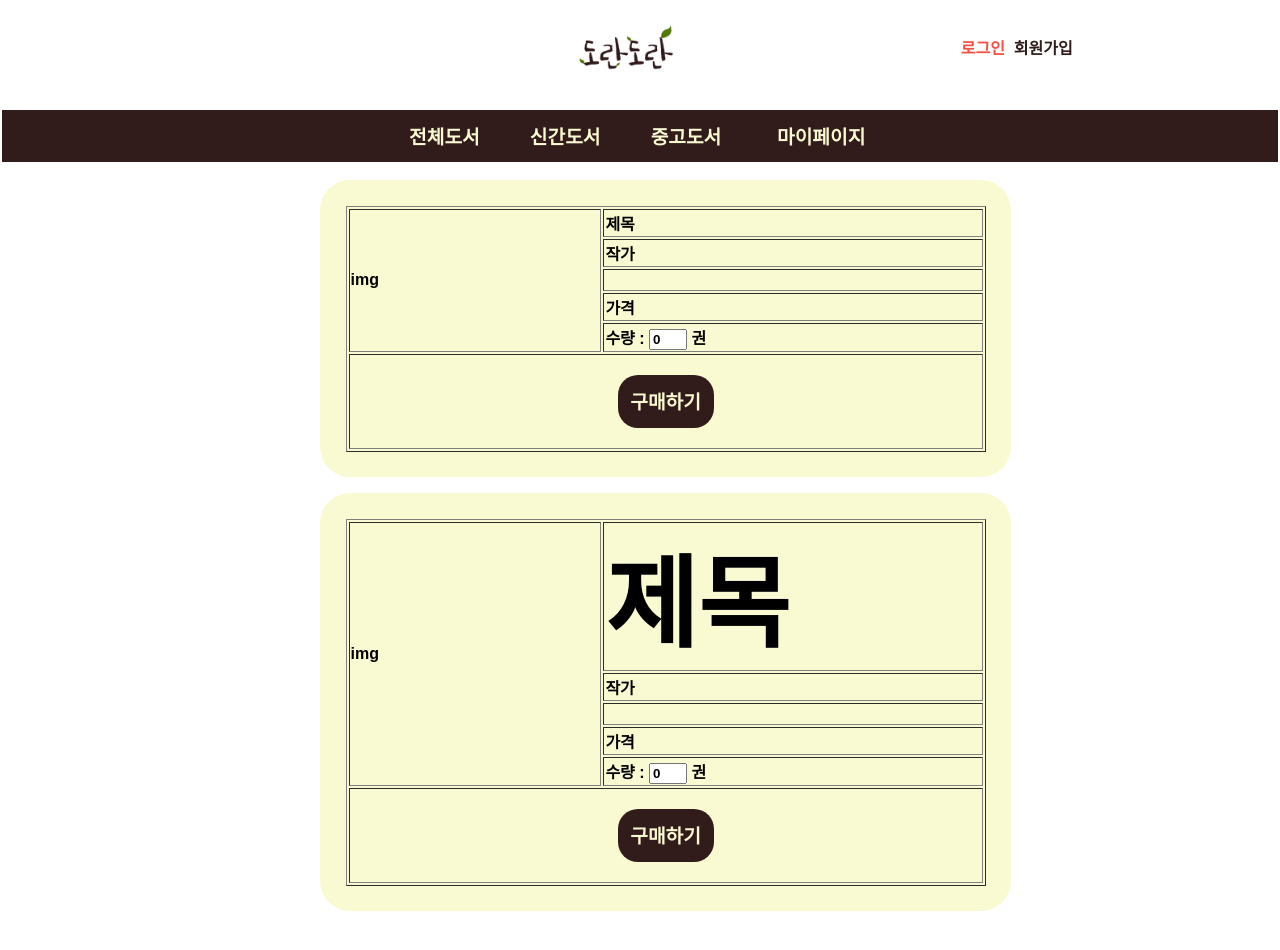
Repository: juhyun110701/DORANDORAN
Page: http://localhost/dorandoran/bookView.jsp
An editor plug-in stored every save of this project. The page is shown before and after a run of saves, followed by the edit.
The browser window is 1280 px wide. The pictures show the whole page.
Some web fonts or font styles are not loaded; a fallback is used. The page is served by Tomcat 9.

Above is the page before, as saved 2019-07-31 12:35:56.

After the next 2 saves:
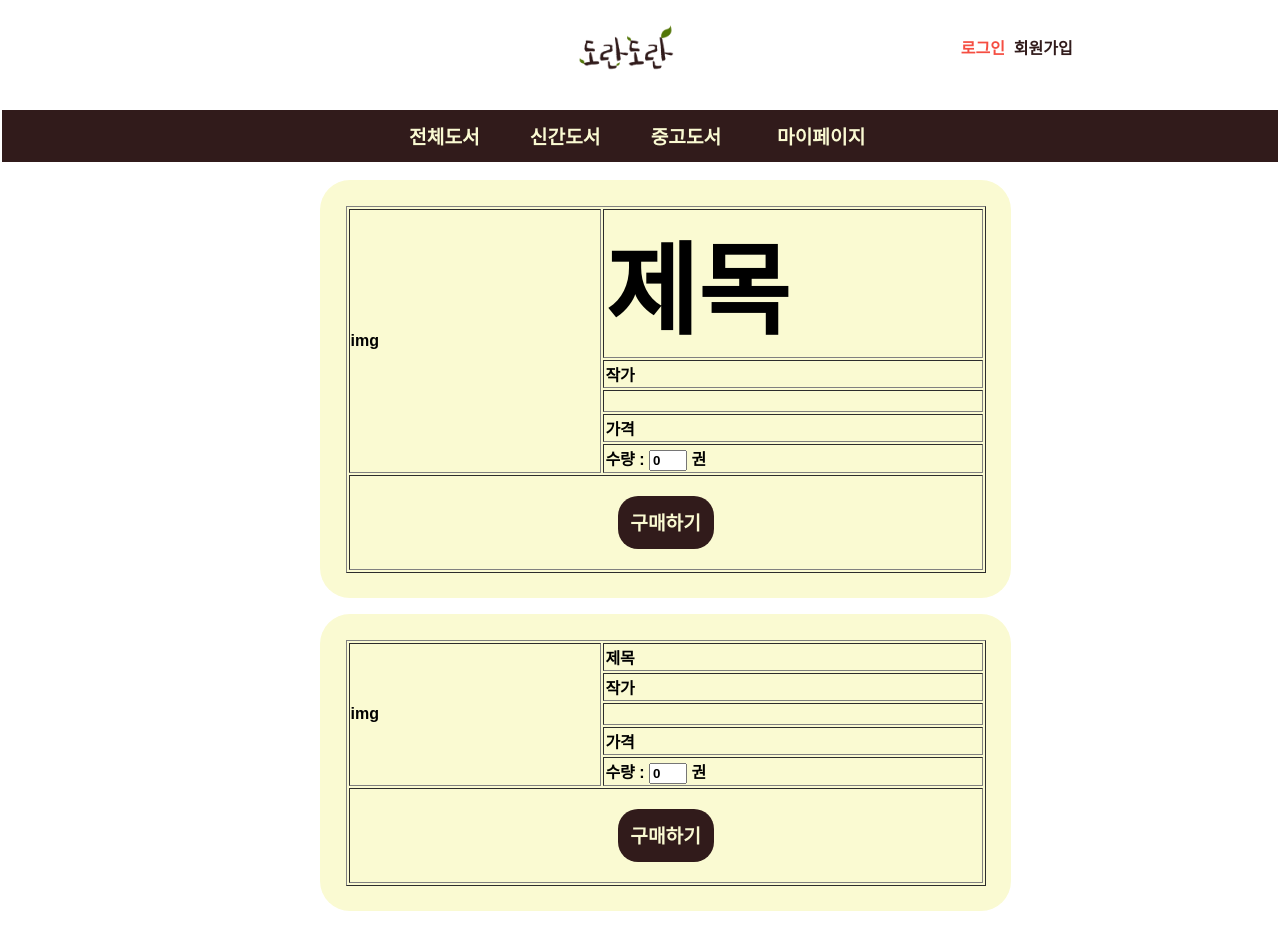
The 2 saves are shown as one change because they came seconds apart.
The last was saved 24 s later.
--- a/dorandoran/WebContent/bookView.jsp
+++ b/dorandoran/WebContent/bookView.jsp
@@ -33,7 +33,7 @@ function maxLengthCheck(object){
 <table border=1 id="whole">
 	<tr>
 		<td rowspan=5 width="40%">img</td>
-		<td>제목</td>
+		<td id="title">제목</td>
 	</tr>
 	<tr>
 		<td>작가</td>
@@ -61,7 +61,7 @@ function maxLengthCheck(object){
 <table border=1 id="whole">
 	<tr>
 		<td rowspan=5 width="40%">img</td>
-		<td id="title">제목</td>
+		<td>제목</td>
 	</tr>
 	<tr>
 		<td>작가</td>
